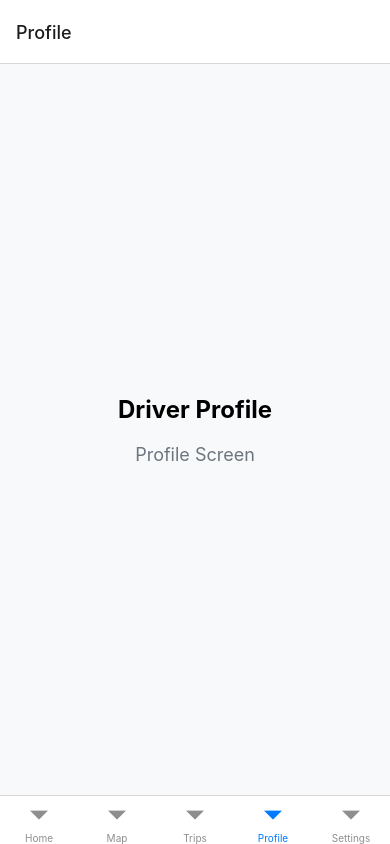
Repository: JordanShackelford/TruckFleet360
Screen: /Profile
The author's editor kept a copy of each file at every save. The screen is drawn from the files as they stood at one save, then again after the next save.
The app was drawn by React Native's web renderer in a window 390 px wide. The project was rebuilt for these pictures with package versions that can differ from the ones it lists, and the page was loaded fresh each time. Also part of the build but not shown: src/screens/MapScreen.js, src/screens/TripsScreen.js, src/screens/SettingsScreen.js.

Above is the screen before, as saved 2024-07-01 22:18:18.

### App.js
import React from 'react';
import { Text, View } from 'react-native';
import AppNavigator from './src/navigation/AppNavigator';

export default function App() {
  try {
    return <AppNavigator />;
  } catch (error) {
    return (
      <View style={{ flex: 1, justifyContent: 'center', alignItems: 'center' }}>
        <Text>An error occurred: {error.message}</Text>
      </View>
    );
  }
}

### src/navigation/AppNavigator.js
import React from 'react';
import { NavigationContainer } from '@react-navigation/native';
import { createBottomTabNavigator } from '@react-navigation/bottom-tabs';
import { createStackNavigator } from '@react-navigation/stack';

import HomeScreen from '../screens/HomeScreen';
import ProfileScreen from '../screens/ProfileScreen';
import MapScreen from '../screens/MapScreen';
import TripsScreen from '../screens/TripsScreen';
import SettingsScreen from '../screens/SettingsScreen';

const Tab = createBottomTabNavigator();
const Stack = createStackNavigator();

function MainTabNavigator() {
  return (
    <Tab.Navigator>
      <Tab.Screen name="Home" component={HomeScreen} />
      <Tab.Screen name="Map" component={MapScreen} />
      <Tab.Screen name="Trips" component={TripsScreen} />
      <Tab.Screen name="Profile" component={ProfileScreen} />
      <Tab.Screen name="Settings" component={SettingsScreen} />
    </Tab.Navigator>
  );
}

function AppNavigator() {
  return (
    <NavigationContainer>
      <Stack.Navigator>
        <Stack.Screen
          name="Main"
          component={MainTabNavigator}
          options={{ headerShown: false }}
        />
      </Stack.Navigator>
    </NavigationContainer>
  );
}

export default AppNavigator;

### src/screens/HomeScreen.js
import React from 'react';
import { View, Text, StyleSheet, TouchableOpacity, ImageBackground } from 'react-native';
import { LinearGradient } from 'expo-linear-gradient';

function HomeScreen() {
  return (
    <ImageBackground
      source={require('../../assets/futuristic-highway.jpg')}
      style={styles.container}
    >
      <LinearGradient
        colors={['rgba(0,0,0,0.8)', 'transparent']}
        style={styles.overlay}
      >
        <Text style={styles.title}>TruckFleet360</Text>
        <Text style={styles.subtitle}>The Future of Trucking</Text>
        <View style={styles.statsContainer}>
          <StatBox title="Efficiency" value="98%" />
          <StatBox title="Miles Today" value="342" />
          <StatBox title="Fuel Saved" value="12%" />
        </View>
        <TouchableOpacity style={styles.startButton}>
          <Text style={styles.buttonText}>Start New Trip</Text>
        </TouchableOpacity>
      </LinearGradient>
    </ImageBackground>
  );
}

function StatBox({ title, value }) {
  return (
    <View style={styles.statBox}>
      <Text style={styles.statTitle}>{title}</Text>
      <Text style={styles.statValue}>{value}</Text>
    </View>
  );
}

const styles = StyleSheet.create({
  container: {
    flex: 1,
    width: '100%',
    height: '100%',
  },
  overlay: {
    flex: 1,
    padding: 20,
    justifyContent: 'center',
    alignItems: 'center',
  },
  title: {
    fontSize: 40,
    fontWeight: 'bold',
    color: '#00FFFF',
    textShadowColor: 'rgba(0, 255, 255, 0.75)',
    textShadowOffset: {width: -1, height: 1},
    textShadowRadius: 10
  },
  subtitle: {
    fontSize: 18,
    color: '#FFFFFF',
    marginBottom: 40,
  },
  statsContainer: {
    flexDirection: 'row',
    justifyContent: 'space-around',
    width: '100%',
    marginBottom: 40,
  },
  statBox: {
    backgroundColor: 'rgba(0, 0, 0, 0.5)',
    borderRadius: 10,
    padding: 15,
    alignItems: 'center',
  },
  statTitle: {
    color: '#FFFFFF',
    fontSize: 14,
  },
  statValue: {
    color: '#00FFFF',
    fontSize: 24,
    fontWeight: 'bold',
  },
  startButton: {
    backgroundColor: '#FF00FF',
    paddingVertical: 15,
    paddingHorizontal: 30,
    borderRadius: 30,
  },
  buttonText: {
    color: '#FFFFFF',
    fontSize: 18,
    fontWeight: 'bold',
  },
});

export default HomeScreen;

### src/screens/ProfileScreen.js
import React from 'react';
import { View, Text, StyleSheet } from 'react-native';

function ProfileScreen() {
  return (
    <View style={styles.container}>
      <Text style={styles.title}>Driver Profile</Text>
      <Text style={styles.text}>Profile Screen</Text>
    </View>
  );
}

const styles = StyleSheet.create({
  container: {
    flex: 1,
    justifyContent: 'center',
    alignItems: 'center',
    backgroundColor: '#f8f9fa',
  },
  title: {
    fontSize: 24,
    fontWeight: 'bold',
    marginBottom: 20,
  },
  text: {
    fontSize: 18,
    color: '#6c757d',
  },
});

export default ProfileScreen;

After the next save:
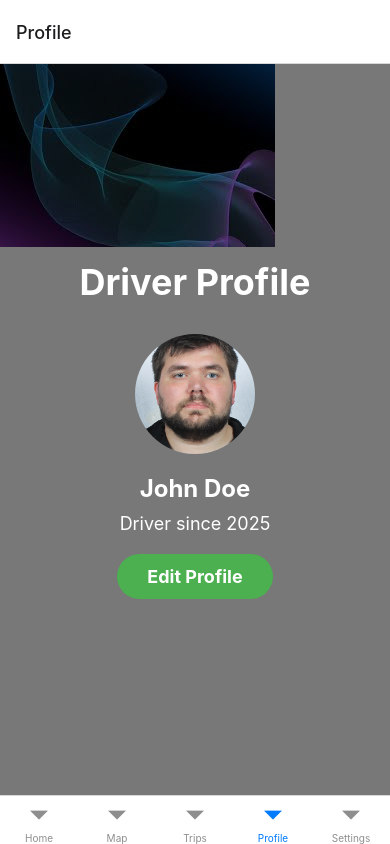
Saved 27 s later.
--- a/src/screens/ProfileScreen.js
+++ b/src/screens/ProfileScreen.js
@@ -1,30 +1,91 @@
 import React from 'react';
-import { View, Text, StyleSheet } from 'react-native';
+import { View, Text, StyleSheet, ImageBackground, TouchableOpacity } from 'react-native';
 
 function ProfileScreen() {
   return (
-    <View style={styles.container}>
-      <Text style={styles.title}>Driver Profile</Text>
-      <Text style={styles.text}>Profile Screen</Text>
-    </View>
+    <ImageBackground
+      source={require('./assets/background.jpg')}
+      style={styles.background}
+      resizeMode="cover"
+    >
+      <View style={styles.container}>
+        <Text style={styles.title}>Driver Profile</Text>
+        <View style={styles.profileContainer}>
+          <View style={styles.profileImageContainer}>
+            <ImageBackground
+              source={require('./assets/profile.jpg')}
+              style={styles.profileImage}
+              resizeMode="cover"
+            />
+          </View>
+          <Text style={styles.profileName}>John Doe</Text>
+          <Text style={styles.profileInfo}>Driver since 2025</Text>
+          <TouchableOpacity style={styles.button}>
+            <Text style={styles.buttonText}>Edit Profile</Text>
+          </TouchableOpacity>
+        </View>
+      </View>
+    </ImageBackground>
   );
 }
 
 const styles = StyleSheet.create({
+  background: {
+    flex: 1,
+    justifyContent: 'center',
+    alignItems: 'center',
+  },
   container: {
     flex: 1,
     justifyContent: 'center',
     alignItems: 'center',
-    backgroundColor: '#f8f9fa',
+    backgroundColor: 'rgba(0,0,0,0.5)',
+    padding: 20,
+    width: '100%',
   },
   title: {
+    fontSize: 36,
+    fontWeight: 'bold',
+    color: '#fff',
+    marginBottom: 30,
+    textAlign: 'center',
+  },
+  profileContainer: {
+    alignItems: 'center',
+  },
+  profileImageContainer: {
+    width: 120,
+    height: 120,
+    borderRadius: 60,
+    overflow: 'hidden',
+    marginBottom: 20,
+  },
+  profileImage: {
+    width: '100%',
+    height: '100%',
+  },
+  profileName: {
     fontSize: 24,
     fontWeight: 'bold',
+    color: '#fff',
+    marginBottom: 10,
+  },
+  profileInfo: {
+    fontSize: 18,
+    color: '#fff',
     marginBottom: 20,
   },
-  text: {
+  button: {
+    backgroundColor: '#4CAF50',
+    paddingVertical: 12,
+    paddingHorizontal: 30,
+    borderRadius: 25,
+  },
+  buttonText: {
     fontSize: 18,
-    color: '#6c757d',
+    color: '#fff',
+    fontWeight: 'bold',
+    textAlign: 'center',
   },
 });
 
